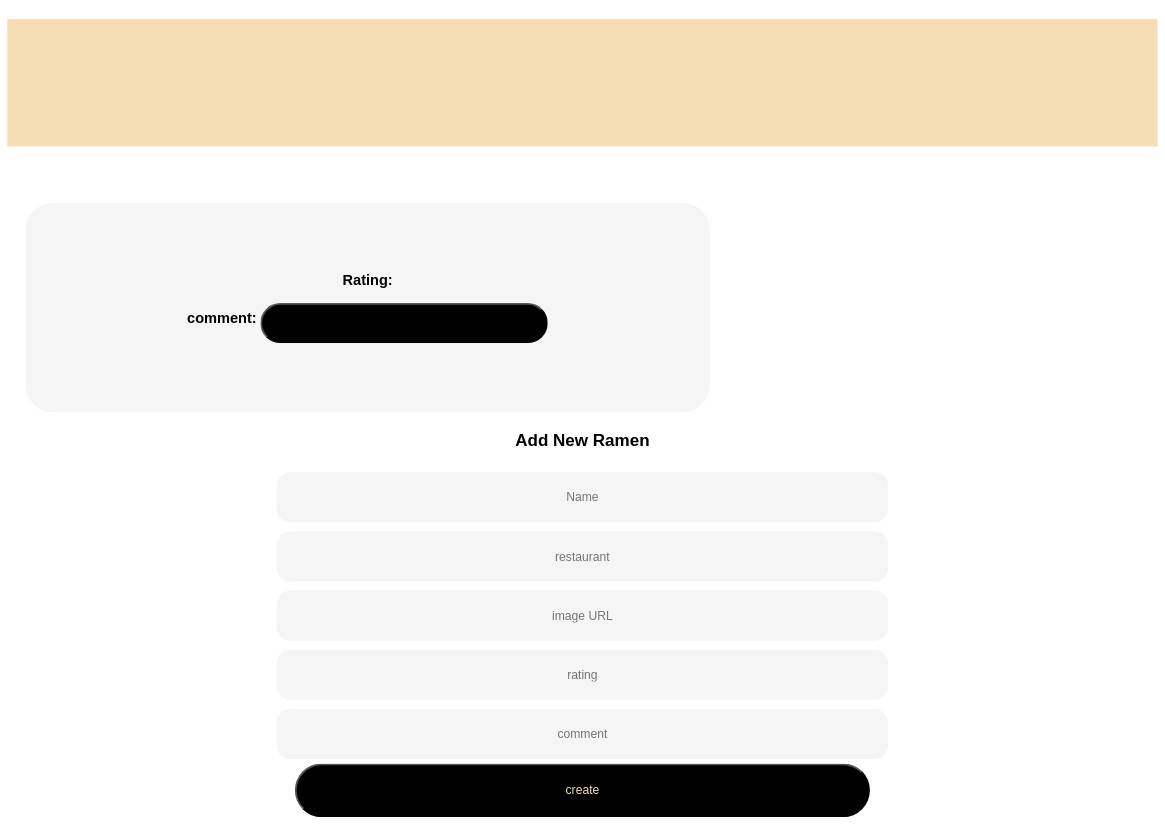
Repository: travinne/travthegr88
Page: code/ramen-rating-app/index.html
An editor plug-in stored every save of this project. The page is shown before and after the next save, followed by the edit.
The browser window is 1280 px wide. The pictures show the whole page, at 91% of full size.

Above is the page before, as saved 2025-03-19 14:35:58.

### code/ramen-rating-app/index.html
<!DOCTYPE html>
<html lang="en">
<head>
    <meta charset="UTF-8">
    <meta name="viewport" content="width=device-width, initial-scale=1.0">
    <title>Document</title>
    <link rel="stylesheet" href="style.css">
    <script src="js/index.js" defer></script>
</head>
<body>

     <div></div>   <h1 id="title"></h1>
       <div id="main">
        <div id="ramen-menu">
        </div>
        <div >
            <form id="edit-ramen-form">
            <p><strong>Rating:</strong><span id="update Rating"min ="1" max ="5">
            <p><strong>comment:</strong><span id="update comment">
            <button id="delete-ramen"></delete button>
        </div>
        <div>
        <form id="new-ramen-form">
        <h3>Add New Ramen</h3>
        <input type="text" name="name" placeholder="Name"required>
        <input type="text" name="restaurant" placeholder="restaurant"required>
        <input type="url" name="image" placeholder="image URL"required>
        <input type="text" name="rating" placeholder="rating">
        <input type="text" name="comment" placeholder="comment">
        <button type="submit">create</button>
        </form>
        </div>
       </div>
</body>
</html>

### code/ramen-rating-app/style.css
* {
   font-family: Arial, sans-serif;
   text-align: center;


}

h1 {
   background:wheat;
   color:black;
   padding: 70px;
}

#ramen-menu {
   display: flex;
   justify-content: baseline;
   gap: 15px;
   padding: 10px;
   border-bottom: 2px ;

}

#ramen-image{
    height:200px;
    width: 200px;
}

form {
       background:whitesmoke;
       padding: 60px;
       width: 50%;
       margin: 20px ;
       border-radius: 30px;

   }

input {
       width: 50%;
       padding: 20px;
       margin: 5px;
       border: 5px; ;
       border-radius: 15px;
       background-color: whitesmoke;





      }

button {
          background-color:black;
          color: wheat;
          padding: 20px;
          cursor: pointer;
          border-radius: 30px;
          width: 50%;
}

button:hover {
          background-color:orangered;
      }

Loaded but not shown: code/ramen-rating-app/Js/index.js (no copy from this time; the picture is the same without it)

After the next save:
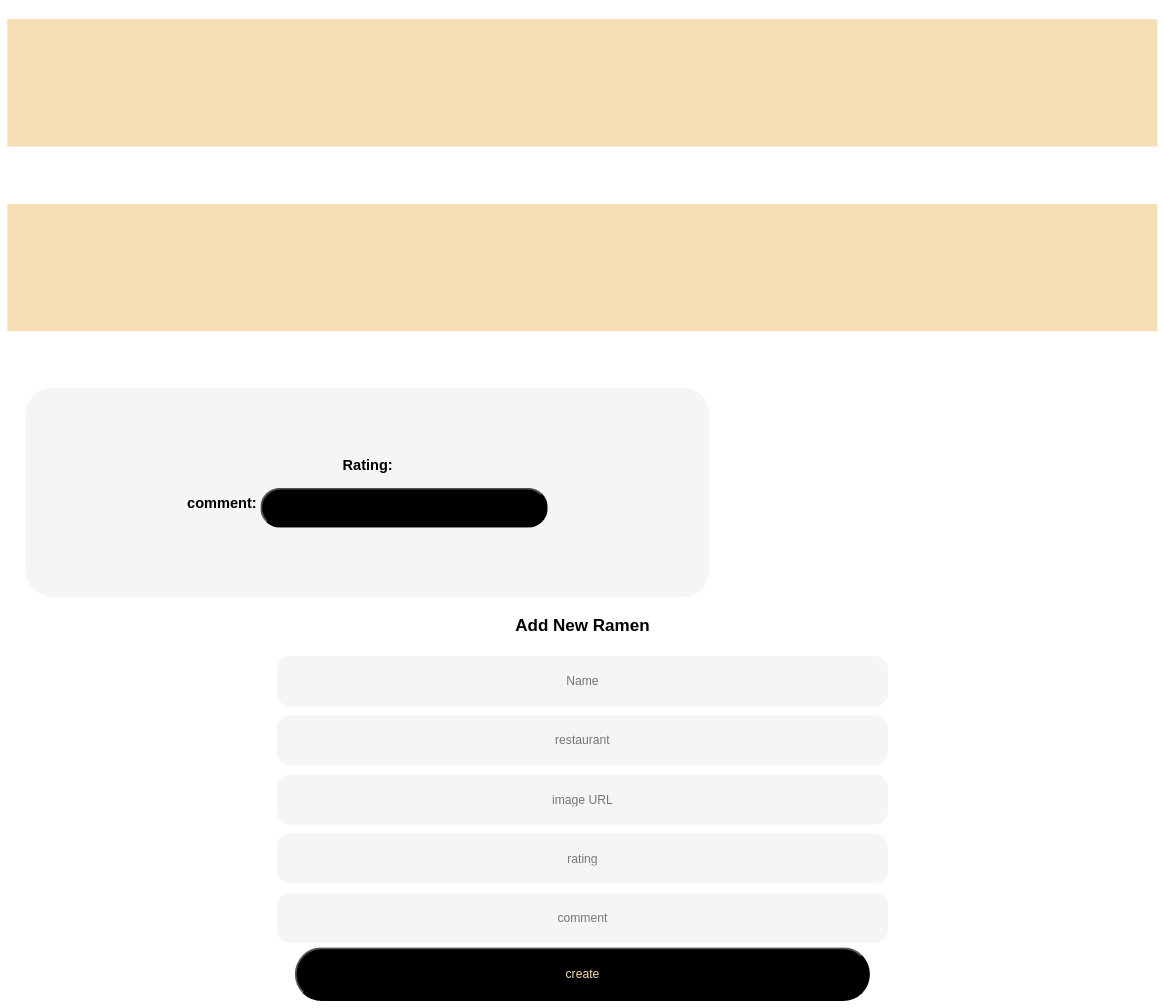
Saved 12 s later.
--- a/code/ramen-rating-app/index.html
+++ b/code/ramen-rating-app/index.html
@@ -9,7 +9,9 @@
 </head>
 <body>
 
-     <div></div>   <h1 id="title"></h1>
+     <div> <h1 id="title"></h1>
+        <div id="main">
+         <div id="ramen-menu"></div>   <h1 id="title"></h1>
        <div id="main">
         <div id="ramen-menu">
         </div>

After the save that followed:
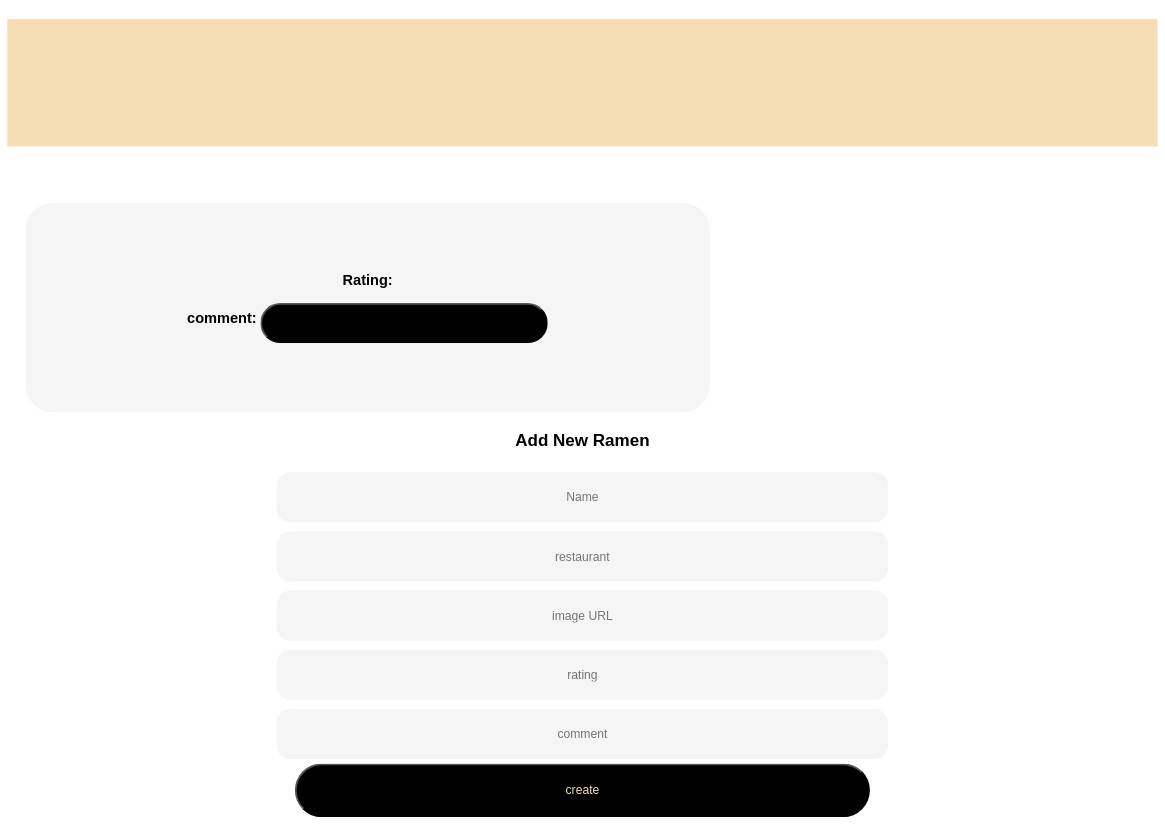
Saved 14 s later.
--- a/code/ramen-rating-app/index.html
+++ b/code/ramen-rating-app/index.html
@@ -11,10 +11,7 @@
 
      <div> <h1 id="title"></h1>
         <div id="main">
-         <div id="ramen-menu"></div>   <h1 id="title"></h1>
-       <div id="main">
-        <div id="ramen-menu">
-        </div>
+         <div id="ramen-menu"></div>
         <div >
             <form id="edit-ramen-form">
             <p><strong>Rating:</strong><span id="update Rating"min ="1" max ="5">
